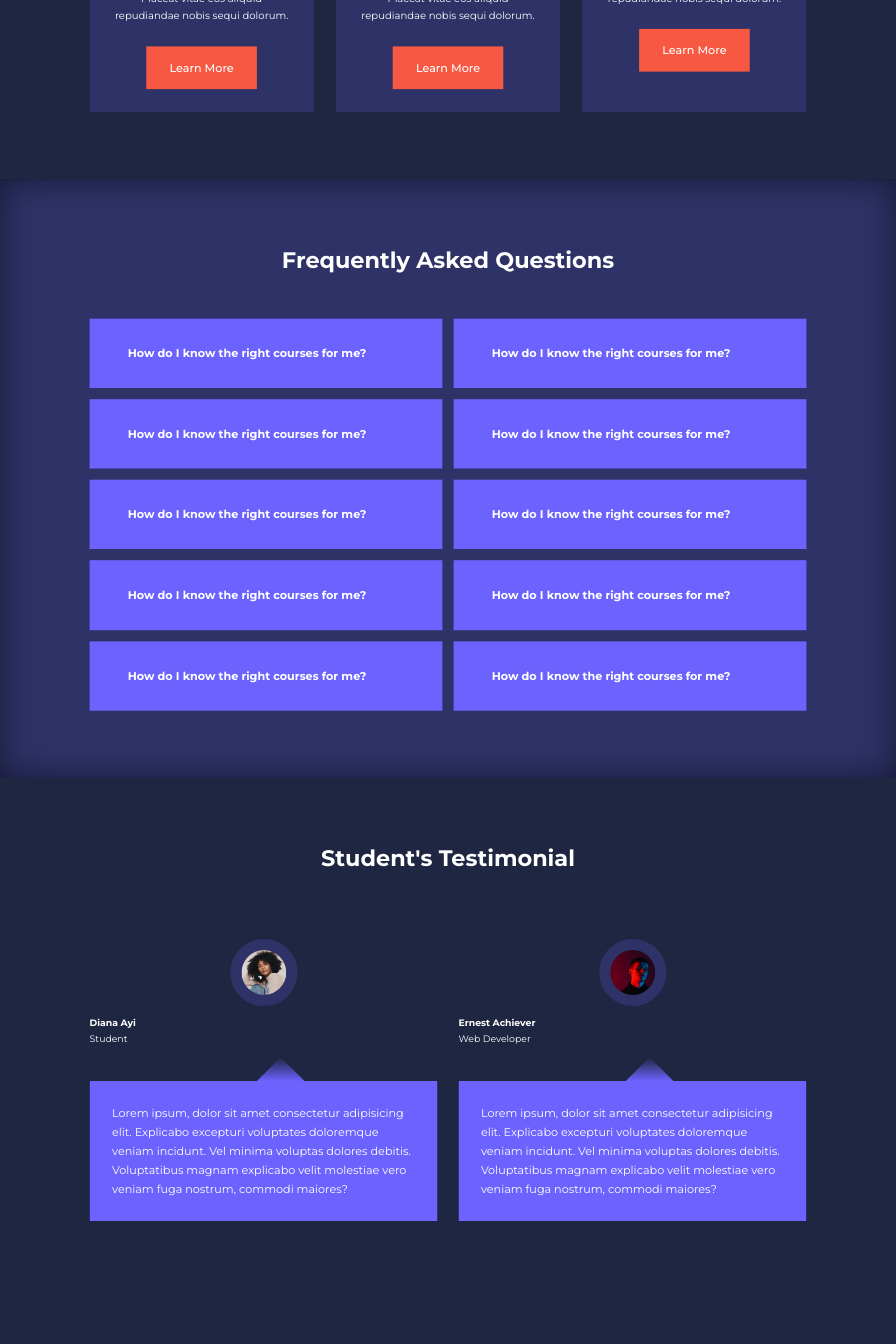
Repository: QUANGTHAI2003/education-web
Page: index.html
These files come from the project's save history. The page is drawn as it stood at one moment and after the next save; the edit follows.
The browser window is 1280 px wide. The pictures show the part of the page from y = 1776 to 3696 px (the page is 3696 px tall before and 3642 px after), at 70% of full size.
Some icons come from a web library that is not loaded, so they are not drawn.

Above is the page before, as saved 2022-03-11 23:52:54.

After the next save:
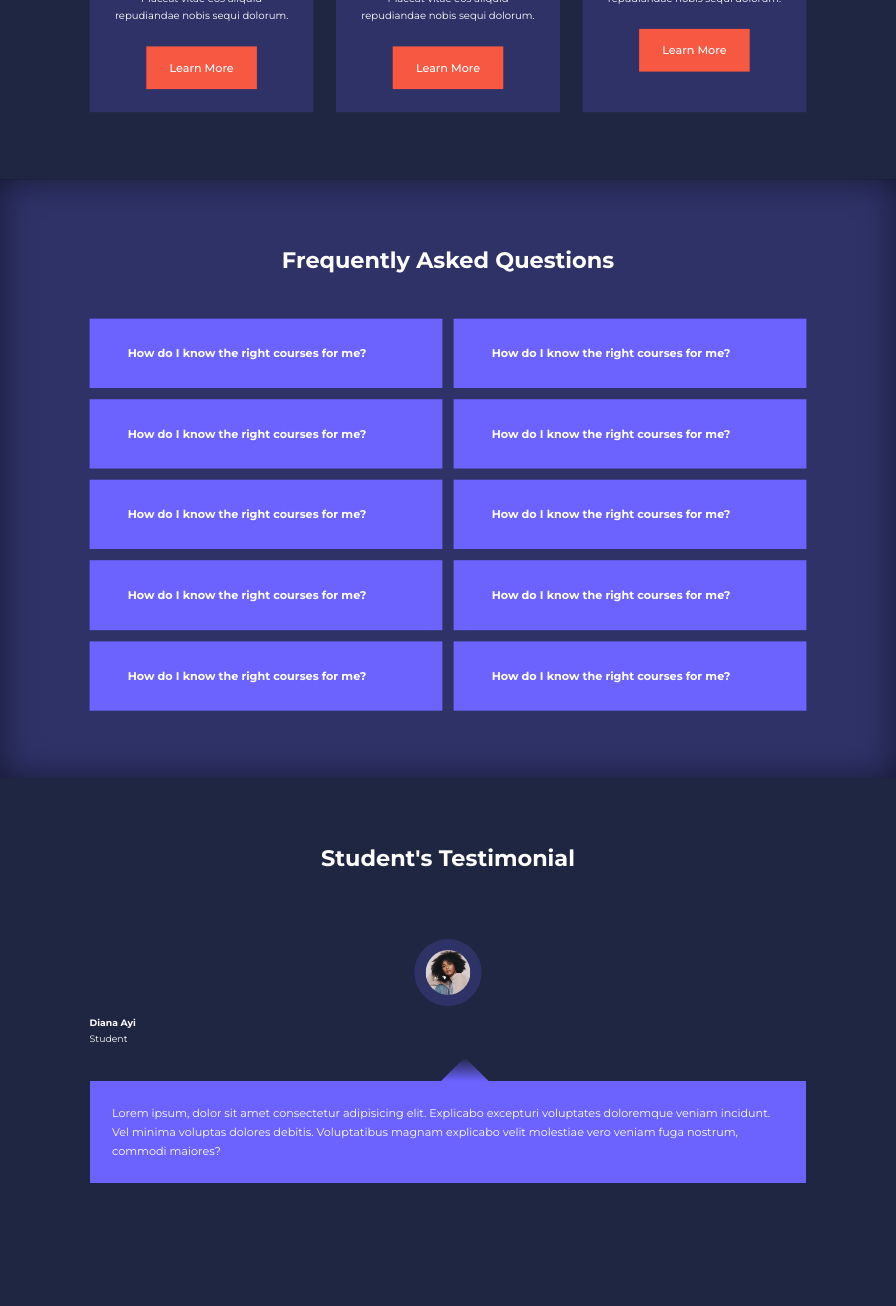
Saved 59 s later.
--- a/index.html
+++ b/index.html
@@ -404,7 +404,7 @@
         <script src="./app.js"></script>
         <script>
             var swiper = new Swiper('.mySwiper', {
-                slidesPerView: 2,
+                slidesPerView: 1,
                 spaceBetween: 30,
                 pagination: {
                     el: '.swiper-pagination',

After the 2 saves that followed:
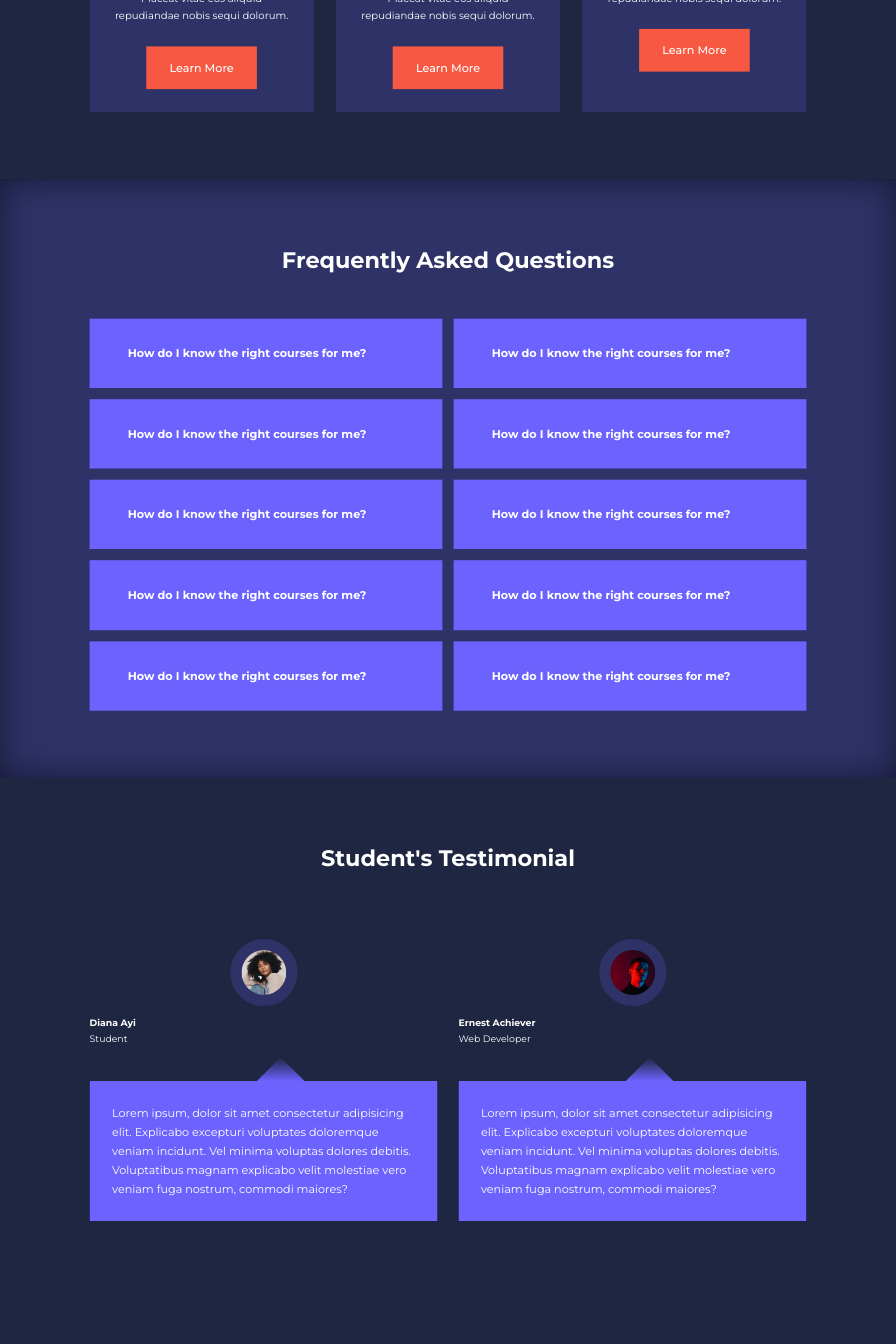
The 2 saves are shown as one change because 1 left the picture as it was.
The last was saved 65 s later.
--- a/index.html
+++ b/index.html
@@ -410,6 +410,12 @@
                     el: '.swiper-pagination',
                     clickable: true,
                 },
+                //when window width >=600px
+                breakpoints: {
+                    600: {
+                        slidesPerView: 2,
+                    },
+                },
             });
         </script>
     </body>
